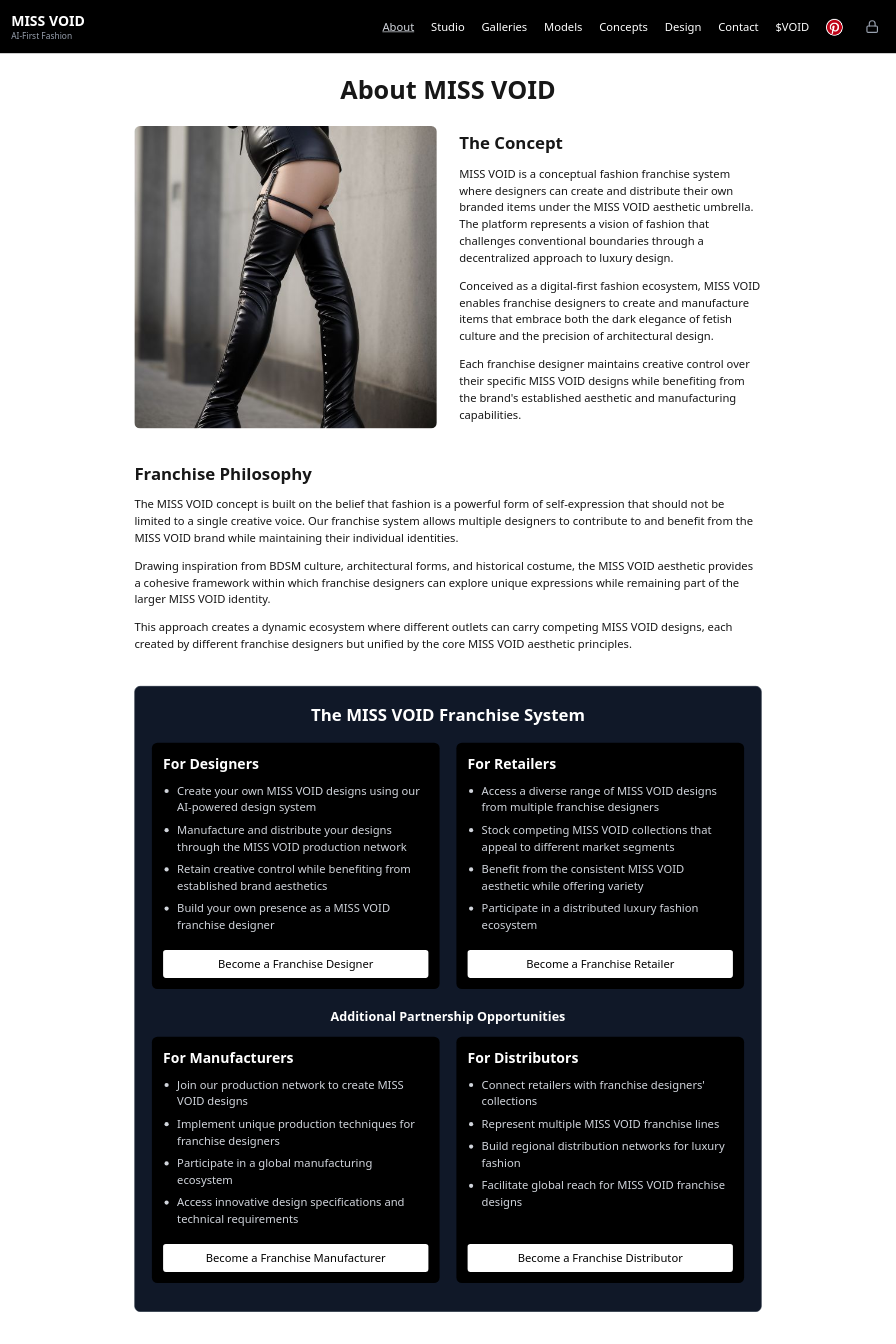
Repository: b0ase/missvoid2
Page: /about
An editor plug-in stored every save of this project. The page is shown before and after the next save, followed by the edit.
The browser window is 1280 px wide. The pictures show the part of the page from y = 0 to 1920 px (the page is 2966 px tall), at 70% of full size.
The project was rebuilt for these pictures with package versions that can differ from the ones it lists, and the page was loaded fresh each time. The framework's server and built-in components were replaced by stand-ins that run in the browser. Also part of the build but not shown: next.config.js.

Above is the page before, as saved 2025-05-08 21:15:33.

After the next save:
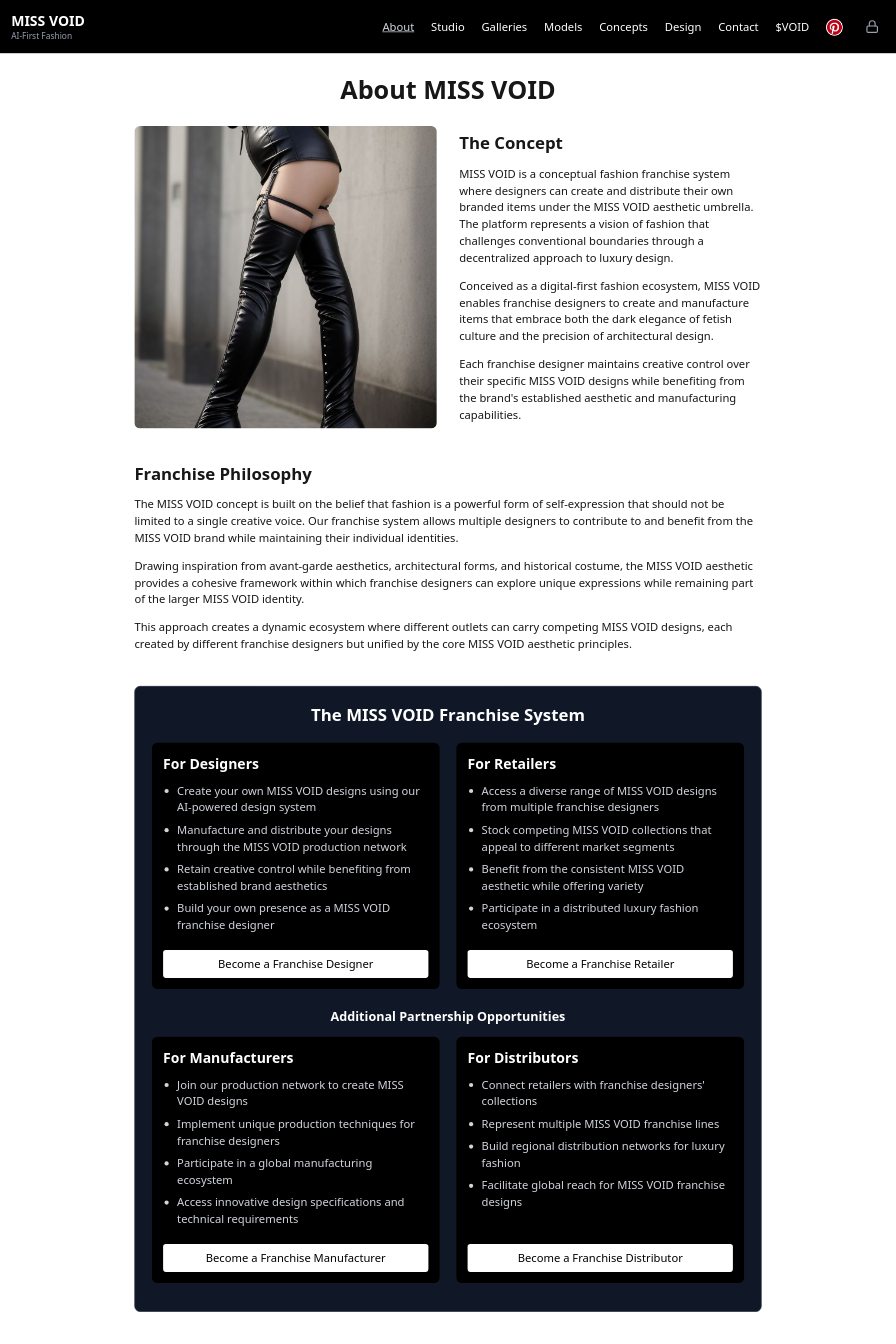
Saved 16 s later.
--- a/src/app/about/page.tsx
+++ b/src/app/about/page.tsx
@@ -44,7 +44,7 @@
             contribute to and benefit from the MISS VOID brand while maintaining their individual identities.
           </p>
           <p className="mb-4">
-            Drawing inspiration from BDSM culture, architectural forms, and historical costume, the MISS VOID aesthetic provides
+            Drawing inspiration from avant-garde aesthetics, architectural forms, and historical costume, the MISS VOID aesthetic provides
             a cohesive framework within which franchise designers can explore unique expressions while remaining part of the
             larger MISS VOID identity.
           </p>
